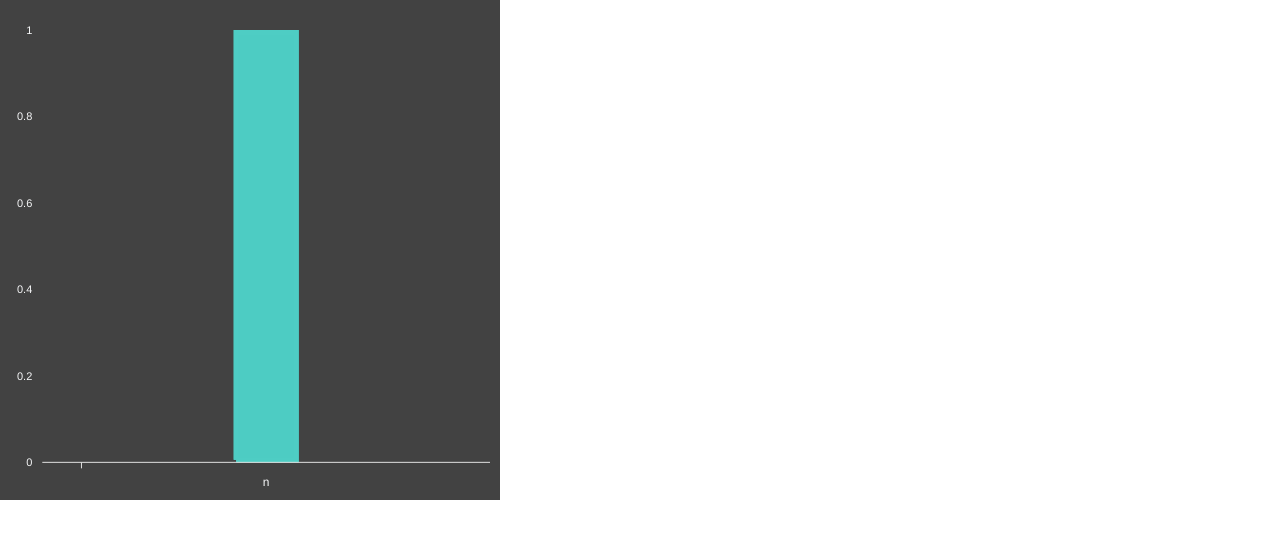
Repository: wanted-pre-onboarding-internship-1team/pre-onboarding-9th-3-1
Page: /
The author's editor kept a copy of each file at every save. The page is drawn from the files as they stood at one save, then again after the next save.
The browser window is 1280 px wide. The pictures show the whole page.
The project was rebuilt for these pictures with package versions that can differ from the ones it lists, and the page was loaded fresh each time.

Above is the page before, as saved 2023-03-15 00:50:03.

After the next save:
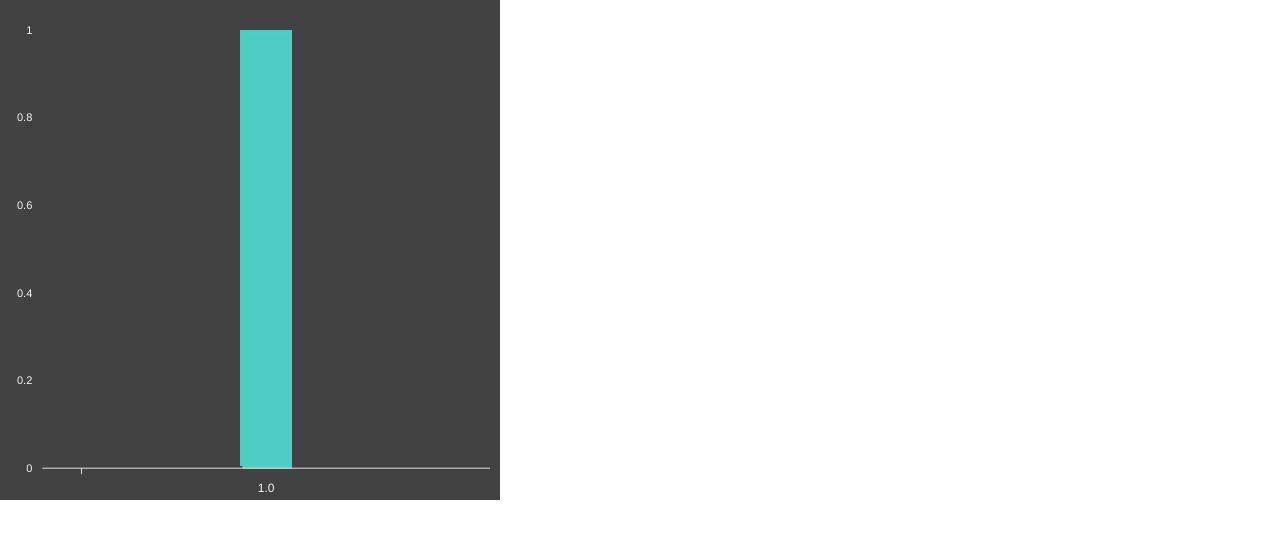
Saved 9 s later.
--- a/src/pages/Mainpage.tsx
+++ b/src/pages/Mainpage.tsx
@@ -42,7 +42,7 @@ export default function Mainpage() {
             width: 5,
           },
           xaxis: {
-            categories: 'numeric',
+            type: 'numeric',
           },
         }}
       />
